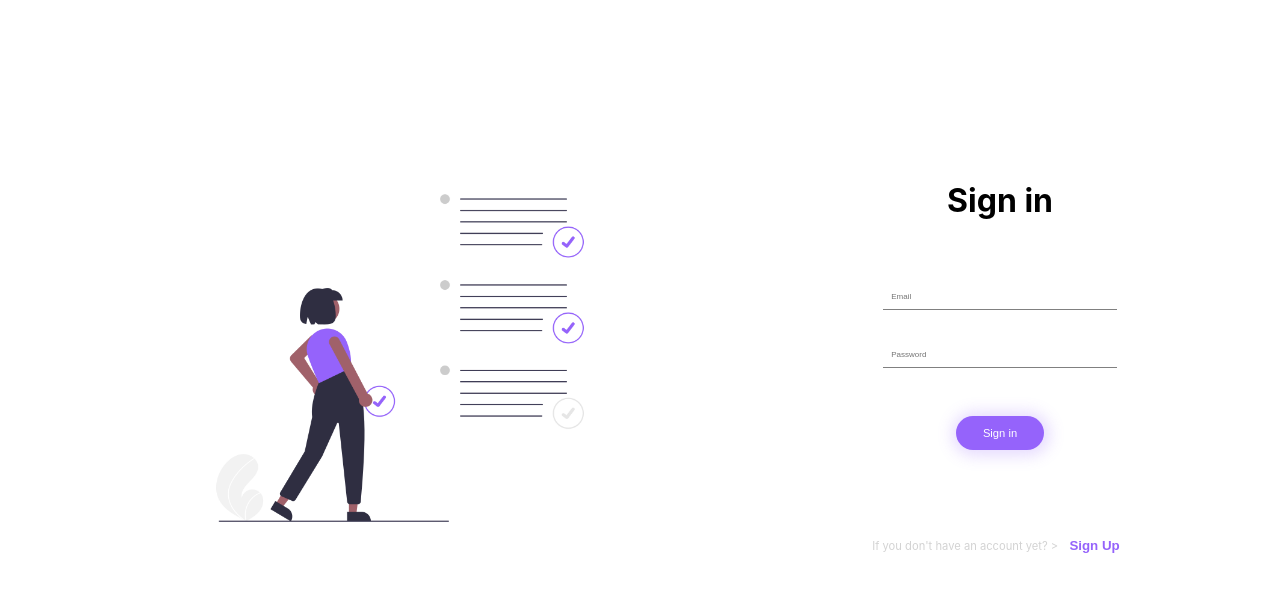
Repository: EEOOOO/wanted-pre-onboarding-fe
Page: / (app in to-do-list-app/)
An editor plug-in stored every save of this project. The page is shown before and after the next save, followed by the edit.
The browser window is 1280 px wide. The pictures show the whole page.
The project was rebuilt for these pictures with package versions that can differ from the ones it lists, and the page was loaded fresh each time. Also part of the build but not shown: to-do-list-app/src/components/sign_up/sign_up.module.css, to-do-list-app/src/components/sign_up/sign_up.jsx, to-do-list-app/src/components/todoList/todo_list.jsx.

Above is the page before, as saved 2022-08-22 00:52:32.

### to-do-list-app/public/index.html
<!DOCTYPE html>
<html lang="en">
  <head>
    <meta charset="utf-8" />
    <link rel="icon" href="%PUBLIC_URL%/logo.png" />
    <meta name="viewport" content="width=device-width, initial-scale=1" />
    <meta name="theme-color" content="#000000" />
    <meta
      name="description"
      content="Web site created using create-react-app"
    />
    <link rel="apple-touch-icon" href="%PUBLIC_URL%/logo.png" />
    <link rel="manifest" href="%PUBLIC_URL%/manifest.json" />
    <title>Todo List App</title>
  </head>
  <body>
    <div id="root"></div>
  </body>
</html>

### to-do-list-app/src/App.js
import style from './app.module.css';
import { Routes, Route } from 'react-router-dom'
import Login from './components/login/login';
import TodoList from './components/todoList/todo_list';

function App() {
  return <div className={style.App}>
    <Routes>
      <Route path="/" element={<Login/>}></Route>
      <Route path="todo" element={<TodoList/>}></Route>
    </Routes>
  </div>
}

export default App;

### to-do-list-app/src/components/login/login.jsx
import React, { useState } from 'react';
import SignIn from '../sign_in/sign_in';
import SignUp from '../sign_up/sign_up';
import style from '../login/login.module.css';
import loginImage from '../login/login_img.png';

const Login = (props) => {
    const goTosignUp = () => {
        setViewableScreen(<SignUp/>)
    }
    const signIn = <SignIn goToSignUp={goTosignUp}/>
    let [viewableScreen, setViewableScreen] = useState(signIn);
    return (
        <div className={style.login}>
            <div className={style.cover}>
                <img src={loginImage} className={style.coverImage}/>
            </div>
            <div className={style.inputContainer}>{viewableScreen}</div>
        </div>
    )
}

export default Login;

### to-do-list-app/src/components/sign_in/sign_in.jsx
import React from 'react';
import LoginInputForm from '../login_input_form/login_input_form';
import style from '../sign_in/sign_in.module.css'

const SignIn = ({goToSignUp}) => {
    const handleSignInSubmit = (event) => {
        //event.preventDefault();
        console.log(event);
    }
    return(
        <div className={style.signIn}>
            <h1>Sign in</h1>
            <LoginInputForm handleSubmit={handleSignInSubmit} submitContent={'Sign in'}/>
            <span className={style.signUpText}>If you don't have an account yet? &gt; </span>
            <button className={style.signUpButton} onClick={goToSignUp}>Sign Up</button>
        </div>
    )
}

export default SignIn;

### to-do-list-app/src/components/login/login.module.css
.login {
  display: flex;
  height: 100vh;
  justify-content: space-evenly;
  align-items: center;
}
.inputContainer {
  width: 50%;
  min-width: 235px;
  max-width: 400px;
}
.cover {
  width: 50%;
}
.coverImage {
  width: 80%;
  height: 80%;
}

### to-do-list-app/src/components/login_input_form/login_input_form.jsx
import React from 'react';
import style from '../login_input_form/login_input_form.module.css';
const LoginInputForm = ({handleSubmit, submitContent}) => {
    return (
    <form className={style.inputForm} onSubmit={handleSubmit}>
        <div className={style.email}>
            <input
            type="text"
            className={style.inputEmail}
            placeholder='Email'></input>
        </div>
        <div className={style.password}>
            <input
            type="text"
            className={style.inputPassWord}
            placeholder='Password'></input>
        </div>
        <button type="submit" className={style.submitButton}>{submitContent}</button>
    </form>
    );
};

export default LoginInputForm;

### to-do-list-app/src/components/sign_in/sign_in.module.css
.signIn {
  padding: 1rem;
}
.signUpText {
  color: lightGrey;
  font-size: 0.7rem;
}
.signUpButton {
  background-color: transparent;
  border: none;
  padding: 0.5rem;
  color: rgb(149, 99, 251);
  font-weight: 600;
}

### to-do-list-app/src/components/login_input_form/login_input_form.module.css
.inputForm {
  margin: 3rem;
}
.email,
.password {
  display: flex;
  flex-direction: column;
  align-items: center;
}
input {
  width: 80%;
  font-size: 0.5rem;
  padding: 0.5rem;
  margin: 1rem;
  border: none;
  border-bottom: 0.5px solid gray;
}
.submitButton {
  background-color: rgb(149, 99, 251);
  font-size: 0.7rem;
  color: white;
  border: none;
  padding: 0.7rem 1.7rem;
  border-radius: 17px;
  margin: 2rem 1rem;
  -webkit-box-shadow: 1px 1px 15px 5px rgba(149, 99, 251, 0.23);
  box-shadow: 1px 1px 15px 5px rgba(149, 99, 251, 0.23);
  cursor: pointer;
  transition: transform 200ms ease-in;
}
.submitButton:hover {
  transform: scale(1.05);
}

Loaded but not shown: to-do-list-app/src/index.js (common file); to-do-list-app/src/index.css (common file); to-do-list-app/src/reportWebVitals.js (common file); to-do-list-app/src/app.module.css (common file)

After the next save:
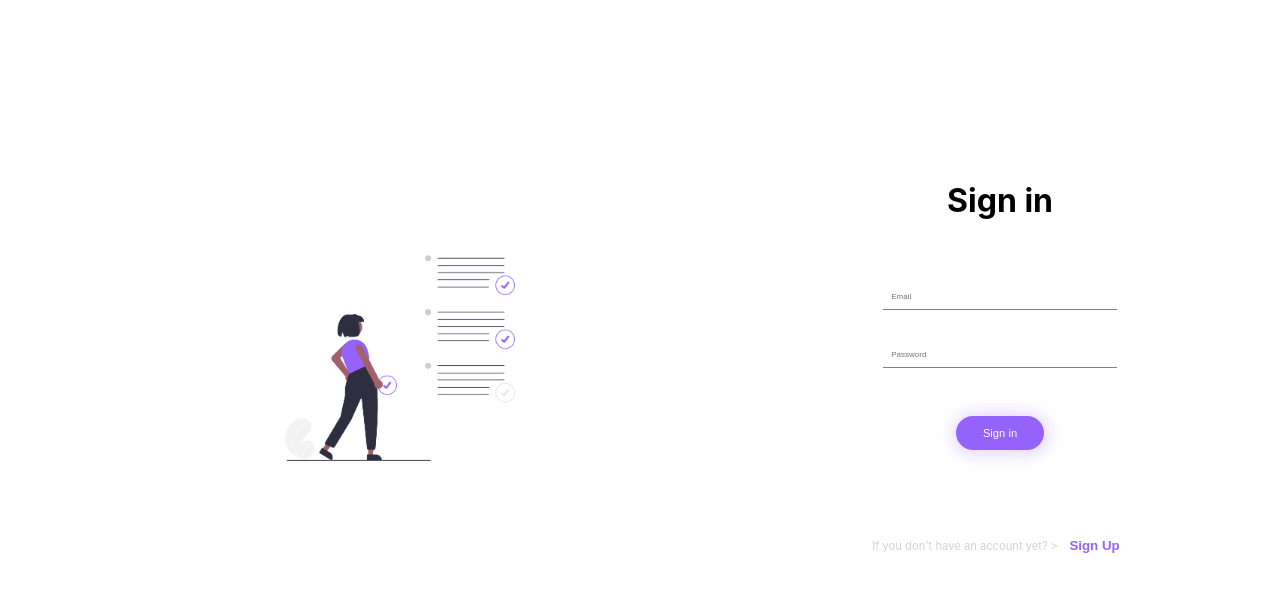
Saved 50 s later.
--- a/to-do-list-app/src/components/login/login.module.css
+++ b/to-do-list-app/src/components/login/login.module.css
@@ -13,6 +13,6 @@
   width: 50%;
 }
 .coverImage {
-  width: 80%;
-  height: 80%;
+  width: 50%;
+  height: 50%;
 }
